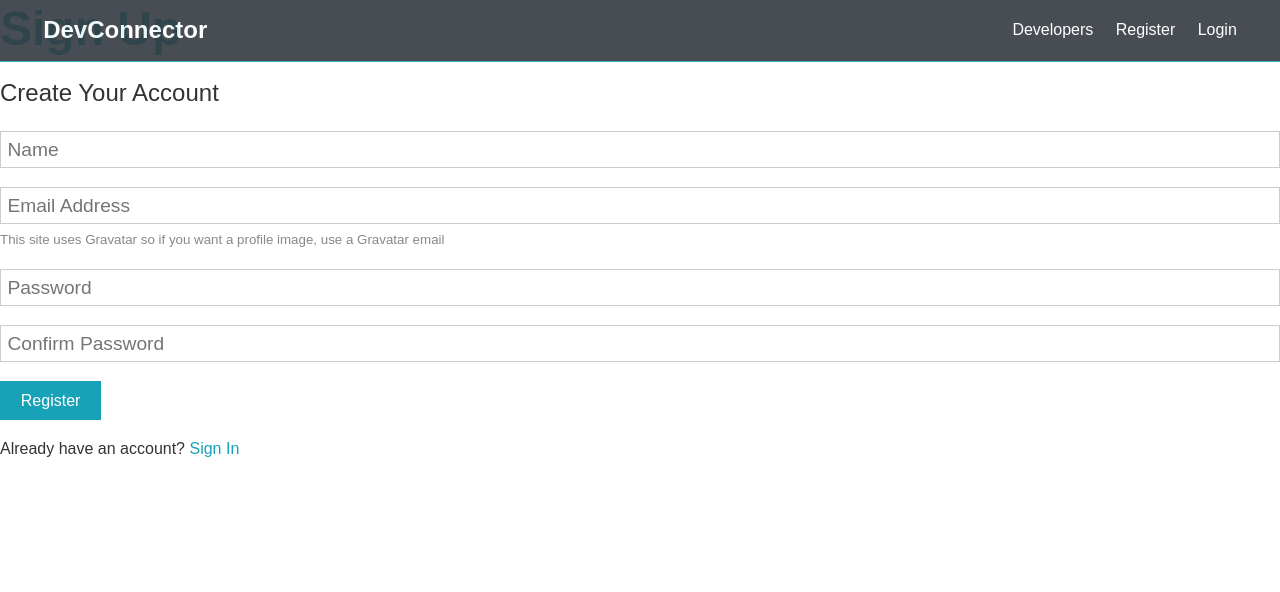
Repository: ErikBaer/devConnector
Page: /register (app in client/)
An editor plug-in stored every save of this project. The page is shown before and after the next save, followed by the edit.
The browser window is 1280 px wide. The pictures show the whole page.
Some icons come from a web library that is not loaded, so they are not drawn. Some web libraries are served in a nearby version. The project was rebuilt for these pictures with package versions that can differ from the ones it lists, and the page was loaded fresh each time. Also part of the build but not shown: client/src/components/layout/Landing.js, client/src/components/auth/Login.js.

Above is the page before, as saved 2020-04-10 01:30:26.

### client/public/index.html
<!DOCTYPE html>
<html lang="en">

<head>
  <meta charset="utf-8" />
  <link rel="icon" href="%PUBLIC_URL%/favicon.ico" />
  <meta name="viewport" content="width=device-width, initial-scale=1" />
  <meta name="theme-color" content="#000000" />
  <meta name="description" content="Web site created using create-react-app" />
  <link rel="apple-touch-icon" href="%PUBLIC_URL%/logo192.png" />
  <link rel="stylesheet" href="https://cdnjs.cloudflare.com/ajax/libs/font-awesome/5.13.0/js/all.min.js">
  <link rel="manifest" href="%PUBLIC_URL%/manifest.json" />

  <title>Welcome to devConnector</title>
</head>

<body>
  <noscript>You need to enable JavaScript to run this app.</noscript>
  <div id="root"></div>

</body>

</html>

### client/src/App.js
import React, {
  Fragment
} from 'react';
import { BrowserRouter as Router, Route, Switch } from 'react-router-dom';
import Navbar from './components/layout/Navbar';
import Landing from './components/layout/Landing';
import Register from './components/auth/Register';
import Login from './components/auth/Login';
import './App.css';

const App = () =>
  <Router>
    <Fragment >
      <Navbar />
      <Route exact path="/" component={Landing} />
      <section>
        <Switch>
          <Route exact path="/register" component={Register} />
          <Route exact path="/login" component={Login} />
        </Switch>
      </section>
    </Fragment>
  </Router>


export default App;

### client/src/components/layout/Navbar.js
import React from 'react';
import { Link } from 'react-router-dom';

export const Navbar = () => {
    return (
        <nav className="navbar bg-dark">
            <h1>
                <Link to="/"><i className="fas fa-code"></i> DevConnector</Link>
            </h1>
            <ul>
                <li><a href="!#">Developers</a></li>
                <li><Link to="/register">Register</Link></li>
                <li><Link to="/login">Login</Link></li>
            </ul>
        </nav>
    )
}

export default Navbar;

### client/src/components/auth/Register.js
import React, { Fragment } from 'react'

const Register = () => {
    return (
        <Fragment>
            <h1 className="large text-primary">Sign Up</h1>
            <p className="lead"><i className="fas fa-user"></i> Create Your Account</p>
            <form className="form" action="create-profile.html">
                <div className="form-group">
                    <input type="text" placeholder="Name" name="name" required />
                </div>
                <div className="form-group">
                    <input type="email" placeholder="Email Address" name="email" />
                    <small className="form-text">This site uses Gravatar so if you want a profile image, use a
            Gravatar email</small>
                </div>
                <div className="form-group">
                    <input
                        type="password"
                        placeholder="Password"
                        name="password"
                        minLength="6"
                    />
                </div>
                <div className="form-group">
                    <input
                        type="password"
                        placeholder="Confirm Password"
                        name="password2"
                        minLength="6"
                    />
                </div>
                <input type="submit" className="btn btn-primary" value="Register" />
            </form>
            <p className="my-1">
                Already have an account? <a href="login.html">Sign In</a>
            </p>
        </Fragment>
    )
}

export default Register

### client/src/App.css
:root {
  --primary-color: #17a2b8;
  --dark-color: #343a40;
  --light-color: #f4f4f4;
  --danger-color: #dc3545;
  --success-color: #28a745;
}

* {
  box-sizing: border-box;
  margin: 0;
  padding: 0;
}

body {
  font-family: 'Raleway', sans-serif;
  font-size: 1rem;
  line-height: 1.6;
  background-color: #fff;
  color: #333;
}

a {
  color: var(--primary-color);
  text-decoration: none;
}

ul {
  list-style: none;
}

img {
  width: 100%;
}

/* Utilities */
.container {
  max-width: 1100px;
  margin: auto;
  overflow: hidden;
  padding: 0 2rem;
  margin-top: 6rem;
  margin-bottom: 3rem;
}

/* Text Styles*/
.x-large {
  font-size: 4rem;
  line-height: 1.2;
  margin-bottom: 1rem;
}

.large {
  font-size: 3rem;
  line-height: 1.2;
  margin-bottom: 1rem;
}

.lead {
  font-size: 1.5rem;
  margin-bottom: 1rem;
}

.text-center {
  text-align: center;
}

.text-primary {
  color: var(--primary-color);
}

.text-dark {
  color: var(--dark-color);
}

/* Padding */
.p {
  padding: 0.5rem;
}
.p-1 {
  padding: 1rem;
}
.p-2 {
  padding: 2rem;
}
.p-3 {
  padding: 3rem;
}
.py {
  padding: 0.5rem 0;
}
.py-1 {
  padding: 1rem 0;
}
.py-2 {
  padding: 2rem 0;
}
.py-3 {
  padding: 3rem 0;
}

/* Margin */
.m {
  margin: 0.5rem;
}
.m-1 {
  margin: 1rem;
}
.m-2 {
  margin: 2rem;
}
.m-3 {
  margin: 3rem;
}
.my {
  margin: 0.5rem 0;
}
.my-1 {
  margin: 1rem 0;
}
.my-2 {
  margin: 2rem 0;
}
.my-3 {
  margin: 3rem 0;
}

.btn {
  display: inline-block;
  background: var(--light-color);
  color: #333;
  padding: 0.4rem 1.3rem;
  font-size: 1rem;
  border: none;
  cursor: pointer;
  margin-right: 0.5rem;
  transition: opacity 0.2s ease-in;
  outline: none;
}

.badge {
  font-size: 0.8rem;
  padding: 0.1rem;
  text-align: center;
  margin: 0.3rem;
  background: var(--light-color);
  color: #333;
}

.alert {
  padding: 0.8rem;
  margin: 1rem 0;
  opacity: 0.9;
  background: var(--light-color);
  color: #333;
}

.btn-primary,
.bg-primary,
.badge-primary,
.alert-primary {
  background: var(--primary-color);
  color: #fff;
}

.btn-light,
.bg-light,
.badge-light,
.alert-light {
  background: var(--light-color);
  color: #333;
}

.btn-dark,
.bg-dark,
.badge-dark,
.alert-dark {
  background: var(--dark-color);
  color: #fff;
}

.btn-danger,
.bg-danger,
.badge-danger,
.alert-danger {
  background: var(--danger-color);
  color: #fff;
}

.btn-success,
.bg-success,
.badge-success,
.alert-success {
  background: var(--success-color);
  color: #fff;
}

.btn-white,
.bg-white,
.badge-white,
.alert-white {
  background: #fff;
  color: #333;
  border: #ccc solid 1px;
}

.btn:hover {
  opacity: 0.8;
}

.bg-light,
.badge-light {
  border: #ccc solid 1px;
}

.round-img {
  border-radius: 50%;
}

.line {
  height: 1px;
  background: #ccc;
  margin: 1.5rem 0;
}

/* Overlay */
.dark-overlay {
  background-color: rgba(0, 0, 0, 0.7);
  position: absolute;
  top: 0;
  left: 0;
  width: 100%;
  height: 100%;
}

/* Forms */
.form .form-group {
  margin: 1.2rem 0;
}

.form .form-text {
  display: block;
  margin-top: 0.3rem;
  color: #888;
}

.form input[type='text'],
.form input[type='email'],
.form input[type='password'],
.form input[type='date'],
.form select,
.form textarea {
  display: block;
  width: 100%;
  padding: 0.4rem;
  font-size: 1.2rem;
  border: 1px solid #ccc;
}

.form input[type='submit'],
button {
  font: inherit;
}

.form .social-input {
  display: flex;
}

.form .social-input i {
  padding: 0.5rem;
  width: 4rem;
}

.form .social-input i.fa-twitter {
  color: #38a1f3;
}
.form .social-input i.fa-facebook {
  color: #3b5998;
}
.form .social-input i.fa-instagram {
  color: #3f729b;
}
.form .social-input i.fa-youtube {
  color: #c4302b;
}
.form .social-input i.fa-linkedin {
  color: #0077b5;
}

.table th,
.table td {
  padding: 1rem;
  text-align: left;
}

.table th {
  background: var(--light-color);
}

/* Navbar */
.navbar {
  display: flex;
  justify-content: space-between;
  align-items: center;
  padding: 0.7rem 2rem;
  position: fixed;
  z-index: 1;
  width: 100%;
  top: 0;
  border-bottom: solid 1px var(--primary-color);
  opacity: 0.9;
}

.navbar ul {
  display: flex;
}

.navbar a {
  color: #fff;
  padding: 0.45rem;
  margin: 0 0.25rem;
}

.navbar a:hover {
  color: var(--primary-color);
}

.navbar .welcome span {
  margin-right: 0.6rem;
}

/* Landing Page */
.landing {
  position: relative;
  background: url('./img/showcase.jpg') no-repeat center center/cover;
  height: 100vh;
}

.landing-inner {
  color: #fff;
  height: 100%;
  width: 80%;
  margin: auto;
  display: flex;
  flex-direction: column;
  align-items: center;
  justify-content: center;
  text-align: center;
}

/* Profiles Page */
.profile {
  display: grid;
  grid-template-columns: 2fr 4fr 2fr;
  align-items: center;
  grid-gap: 2rem;
  padding: 1rem;
  line-height: 1.8;
  margin-bottom: 1rem;
}

/* Profile Page */
.profile-grid {
  display: grid;
  grid-template-areas:
    'top top'
    'about about'
    'exp edu'
    'github github';
  grid-gap: 1rem;
}

.profile-top {
  grid-area: top;
  display: flex;
  flex-direction: column;
  align-items: center;
  justify-content: center;
  text-align: center;
}

.profile-top img {
  width: 250px;
}

.profile-top .icons a {
  color: #fff;
  margin: 0 0.3rem;
}

.profile-top .icons a:hover {
  color: var(--dark-color);
}

.profile-about {
  grid-area: about;
  text-align: center;
}

.profile-about .skills {
  display: flex;
  align-items: center;
  justify-content: center;
  text-align: center;
}

.profile-exp {
  grid-area: exp;
}

.profile-edu {
  grid-area: edu;
}

.profile-exp h2,
.profile-edu h2 {
  margin-bottom: 1rem;
}

.profile-exp > div,
.profile-edu > div {
  margin-bottom: 1rem;
  padding-bottom: 1rem;
  border-bottom: #ccc 1px dotted;
}

.profile-exp > div:last-child,
.profile-edu > div:last-child {
  border: 0;
}

.profile-exp p,
.profile-edu p {
  margin: 0.5rem 0;
}

.profile-github {
  grid-area: github;
}

.profile-github .repo {
  display: flex;
}

.profile-github .repo > div:first-child {
  flex: 7;
  flex-basis: 70%;
}

.profile-github > div:last-child {
  flex: 3;
  flex-basis: 20%;
}

/* Posts Page */
.post-form .post-form-header {
  background: var(--primary-color);
  padding: 0.5rem;
}

.post {
  display: grid;
  grid-template-columns: 1fr 4fr;
  grid-gap: 2rem;
  align-items: center;
}

.post > div:first-child {
  text-align: center;
}

.post img {
  width: 100px;
}

.post .comment-count {
  background: var(--light-color);
  color: var(--primary-color);
  padding: 0.1rem 0.2rem;
  border-radius: 5px;
  font-size: 0.8rem;
}

.post .post-date {
  color: #aaa;
  font-size: 0.8rem;
  margin-bottom: 0.5rem;
}

/* Mobile Styles */
@media (max-width: 700px) {
  .container {
    margin-top: 8rem;
  }

  .hide-sm {
    display: none;
  }

  /* Text Styles */
  .x-large {
    font-size: 3rem;
  }

  .large {
    font-size: 2rem;
  }

  .lead {
    font-size: 1rem;
  }

  /* Navbar */
  .navbar {
    display: block;
    text-align: center;
  }

  .navbar ul {
    text-align: center;
    justify-content: center;
  }

  .navbar h1 {
    margin-bottom: 1rem;
  }

  .navbar .welcome {
    display: none;
  }

  /* Profiles Page */
  .profile {
    grid-template-columns: 1fr;
    text-align: center;
  }

  .profile ul {
    display: none;
  }

  /* Profile Page */

  .profile-top img,
  .profile img {
    width: 200px;
    margin: auto;
  }

  .profile-grid {
    grid-template-areas:
      'top'
      'about'
      'exp'
      'edu'
      'github';
  }

  .profile-about .skills {
    flex-direction: column;
  }

  .dash-buttons a {
    display: block;
    width: 100%;
    margin-bottom: 0.2rem;
  }

  .post {
    grid-template-columns: 1fr;
  }
  .post a,
  .post button {
    padding: 0.3rem 0.4rem;
  }
}

Loaded but not shown: client/src/index.js (common file)

After the next save:
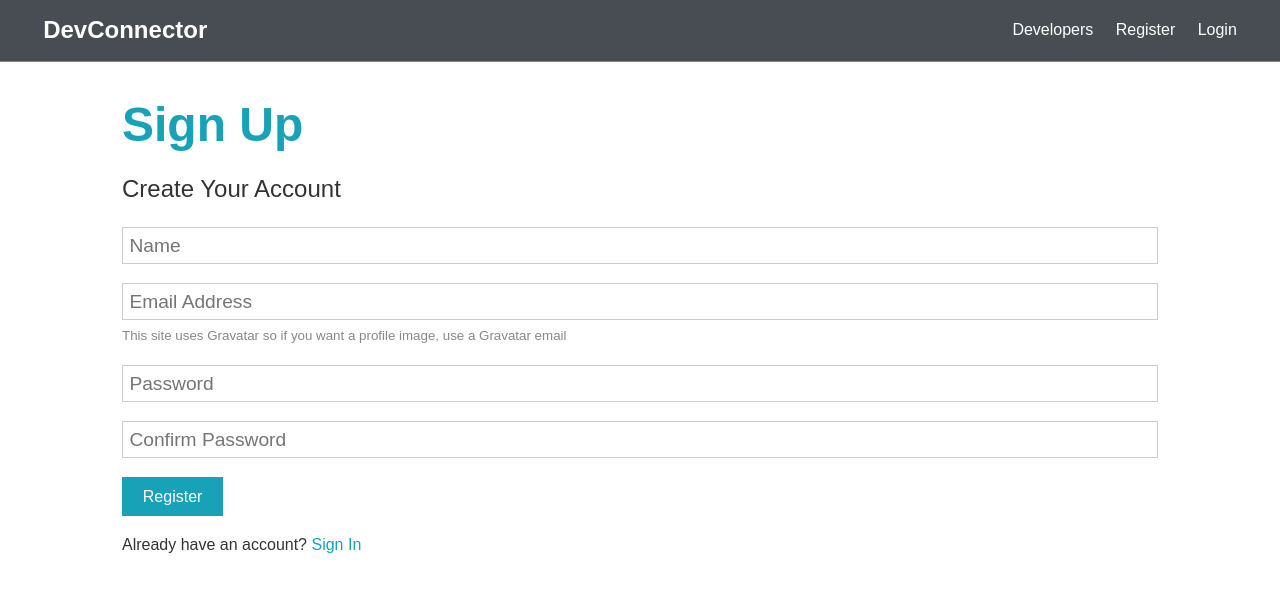
Saved 9 min 42 s later.
--- a/client/src/App.js
+++ b/client/src/App.js
@@ -13,7 +13,7 @@ const App = () =>
     <Fragment >
       <Navbar />
       <Route exact path="/" component={Landing} />
-      <section>
+      <section className="container">
         <Switch>
           <Route exact path="/register" component={Register} />
           <Route exact path="/login" component={Login} />
